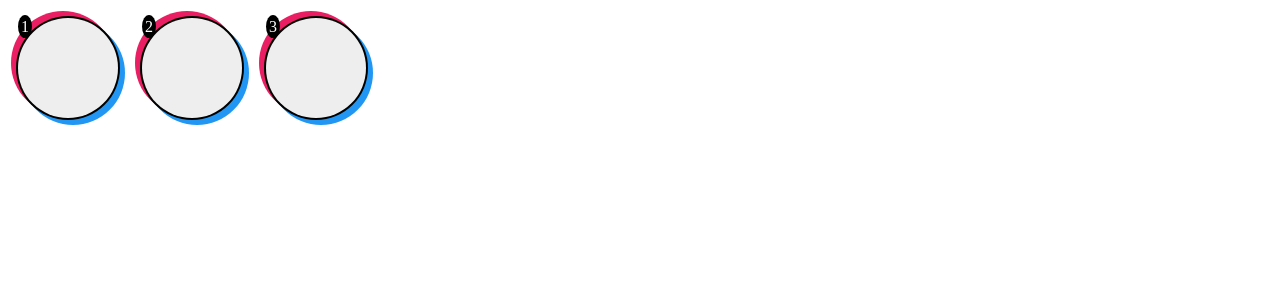
Repository: Body789/CSS_ELZERO
Page: Assignments/Assigmennt_10/Assignment_1/index.html
These files come from the project's save history. The page is drawn as it stood at one moment and after the next save; the edit follows.
The browser window is 1280 px wide. The pictures show the whole page.

Above is the page before, as saved 2022-09-18 00:48:46.

### Assignments/Assigmennt_10/Assignment_1/index.html
<!DOCTYPE html>
<html lang="en">
<head>
  <meta charset="UTF-8">
  <title>Ass_10_1</title>
  <link rel="stylesheet" href="Css/style.css">
</head>
<body>
  <div></div>
  <div></div>
  <div></div>
</body>
</html>

### Assignments/Assigmennt_10/Assignment_1/Css/style.css
div {
  box-shadow:
    0px 0px 0px 2px black,
    -5px -5px 0px 2px #e91e63,
    5px 5px 0px 2px #2196f3;
  width: 100px;
  height: 100px;
  display: inline-block;
  background-color: #eee;
  border-radius: 50px;
  margin: 10px;
  counter-increment: num;
}

div::after {
  content: counter(num);
  color: white;
  background-color: black;
  width: 10px;
  height: 10px;
  border-radius: 50%;
  padding: 3px;
}

After the next save:
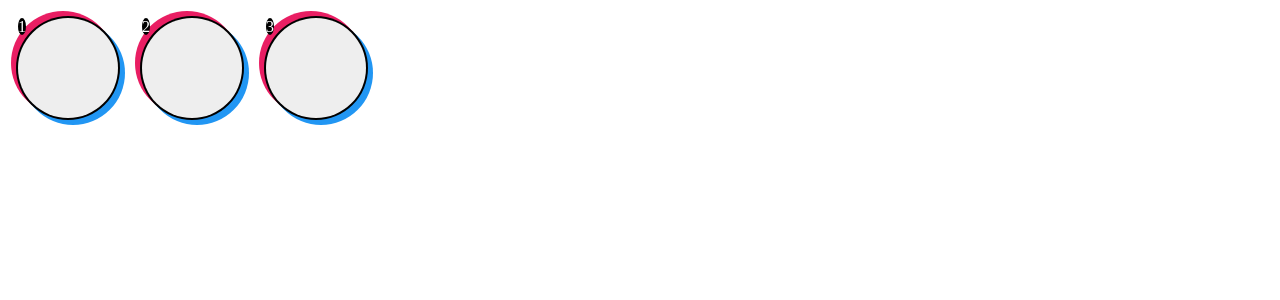
Saved 6 s later.
--- a/Assignments/Assigmennt_10/Assignment_1/Css/style.css
+++ b/Assignments/Assigmennt_10/Assignment_1/Css/style.css
@@ -19,5 +19,5 @@ div::after {
   width: 10px;
   height: 10px;
   border-radius: 50%;
-  padding: 3px;
+  /* padding: 3px; */
 }
